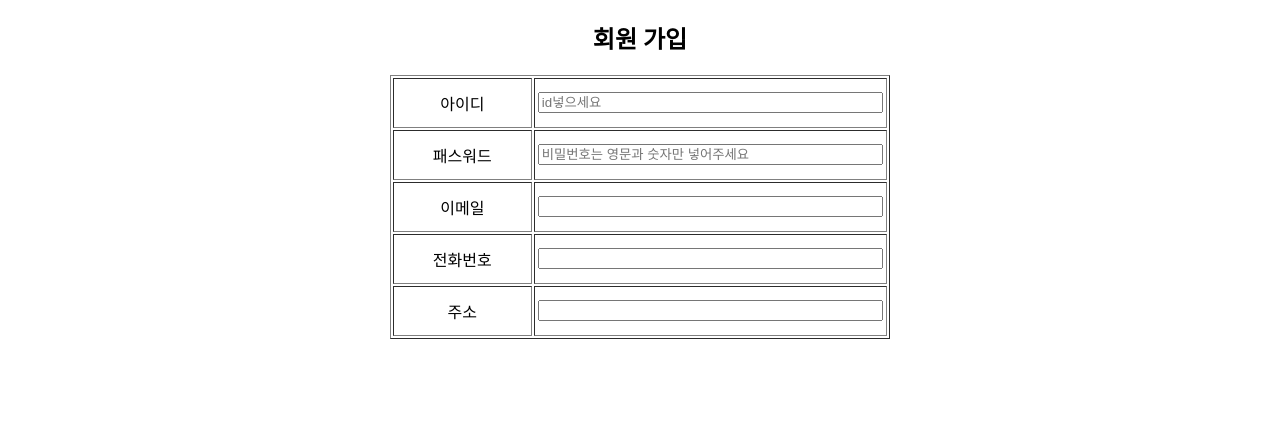
Repository: kdw1437/CreateBoardProject
Page: http://localhost/JSP3/MemberJoin.jsp
The author's editor kept a copy of each file at every save. The page is drawn from the files as they stood at one save, then again after the next save.
The browser window is 1280 px wide. The pictures show the whole page.
The page is served by Tomcat 9. Other server files are loaded and not shown.

Above is the page before, as saved 2024-08-06 01:48:20.

### JSP3/src/main/webapp/MemberJoin.jsp
<%@ page language="java" contentType="text/html; charset=EUC-KR"
    pageEncoding="EUC-KR"%>
<!DOCTYPE html>
<html>
<body>


	<center>
	<h2> 회원 가입 </h2>
	<form action="MemberJoinProc.jsp" methods="post">

	<table width="500" border="1">
	<tr height="50">
		<td width="150" align="center"> 아이디 </td>
		<td width="350" align="center"> <input type="text" name="id" size="40" placeholder="id넣으세요"> </td>
	</tr>
	<tr height="50">
		<td width="150" align="center"> 패스워드 </td>
		<td width="350" align="center"> <input type="password" name="pass1" size="40"
		placeholder="비밀번호는 영문과 숫자만 넣어주세요"> </td>
	</tr>
	<tr height="50">
		<td width="150" align="center"> 이메일 </td>
		<td width="350" align="center"> <input type="email" name="email" size="40"> </td>
	</tr>
	<tr height="50">
		<td width="150" align="center"> 전화번호 </td>
		<td width="350" align="center"> <input type="tel" name="tel" size="40"> </td>
	</tr>
	<tr height="50">
		<td width="150" align="center"> 주소 </td>
		<td width="350" align="center"> <input type="text" name="address" size="40"> </td>
	</tr>
	</table>
	</form>
	</center>

</body>
</html>

After the next save:
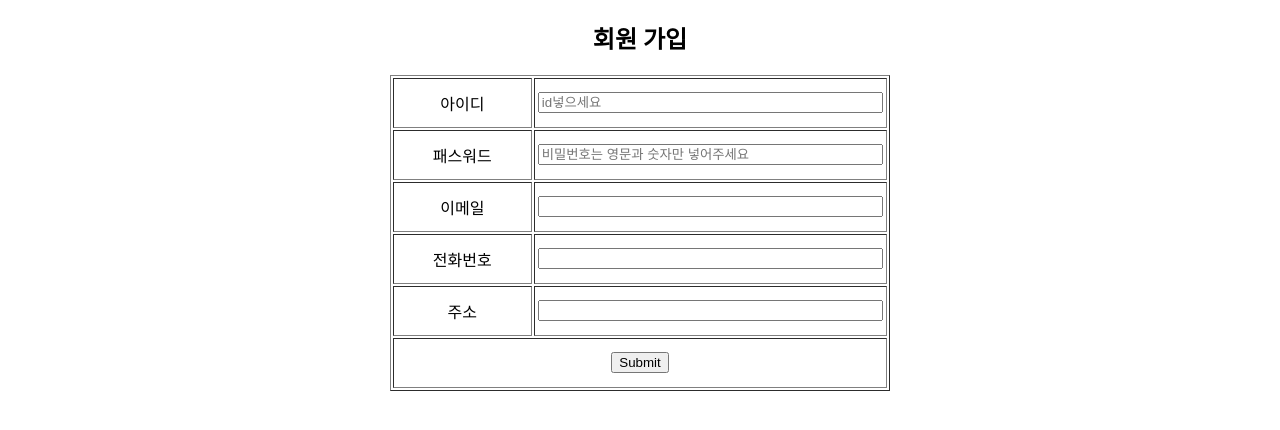
Saved 2 min 0 s later.
--- a/JSP3/src/main/webapp/MemberJoin.jsp
+++ b/JSP3/src/main/webapp/MemberJoin.jsp
@@ -31,6 +31,9 @@
 		<td width="150" align="center"> 주소 </td>
 		<td width="350" align="center"> <input type="text" name="address" size="40"> </td>
 	</tr>
+	<tr height="50">
+		<td align="center" colspan="2"> <input type="submit" </td>
+	</tr>
 	</table>
 	</form>
 	</center>
